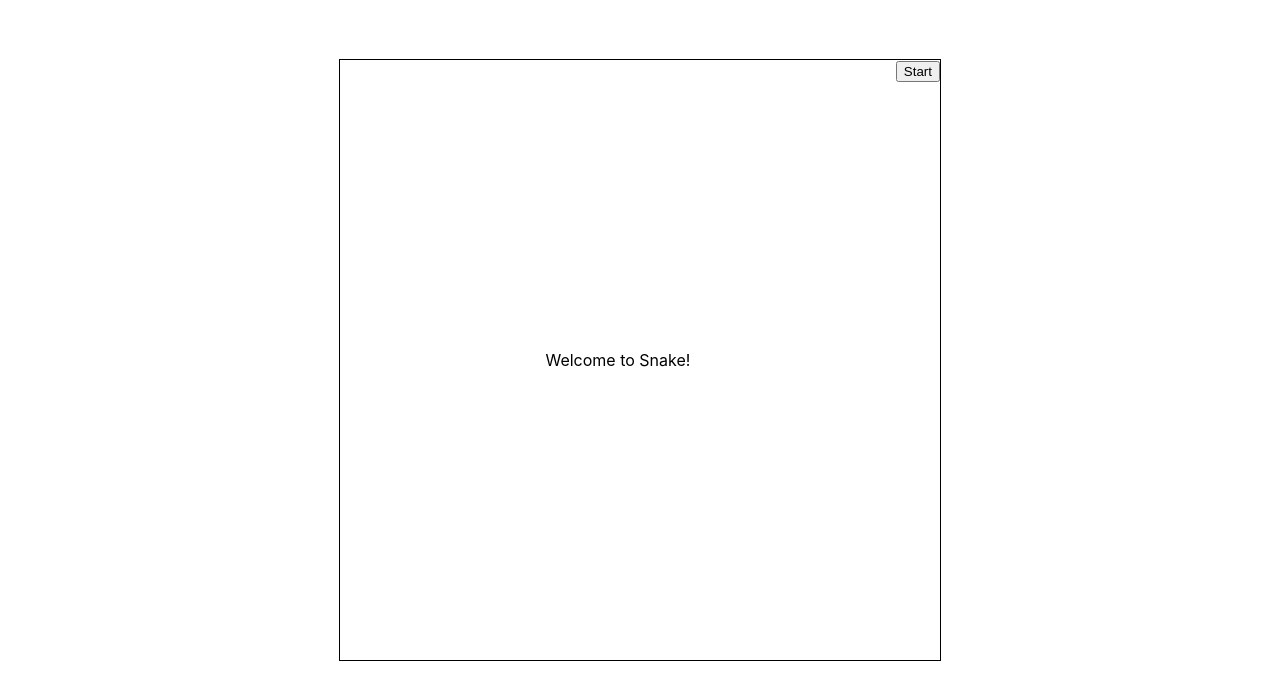
Repository: meills/react-snake
Page: /
These files come from the project's save history. The page is drawn as it stood at one moment and after the next save; the edit follows.
The browser window is 1280 px wide. The pictures show the whole page.
The project was rebuilt for these pictures with package versions that can differ from the ones it lists, and the page was loaded fresh each time. Also part of the build but not shown: src/components/Snakeboard.js, src/styles/App.css.

Above is the page before, as saved 2020-06-15 13:23:59.

After the next save:
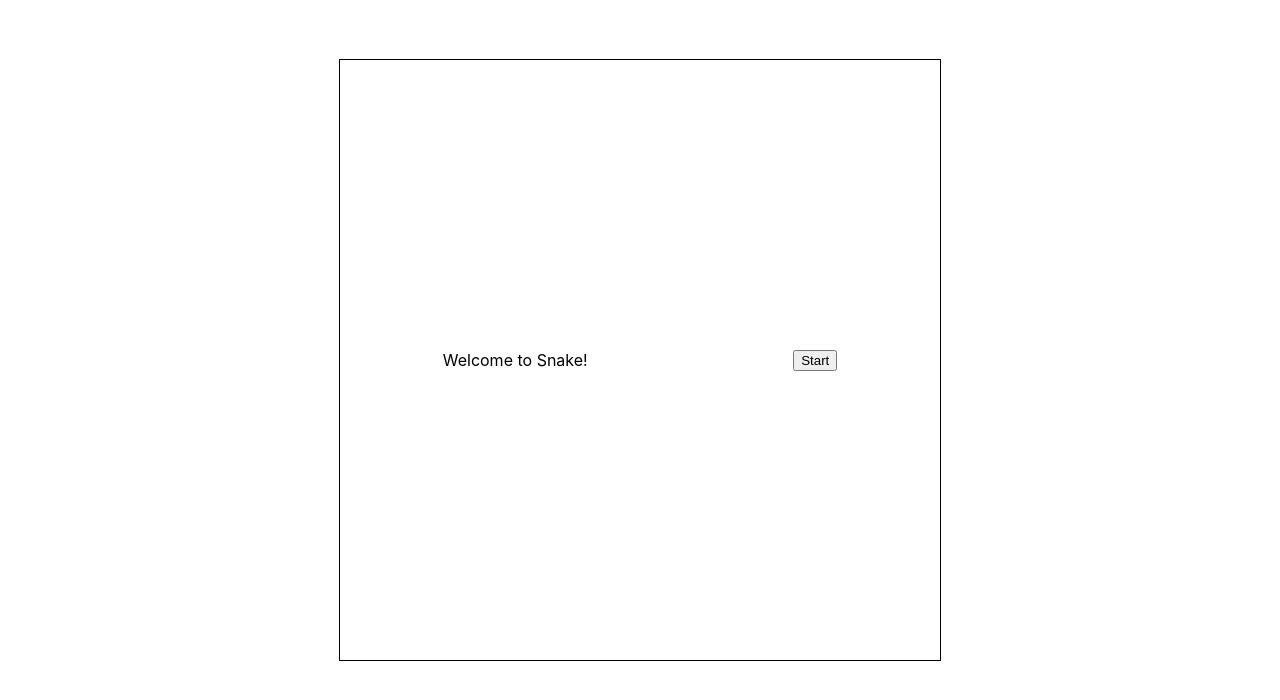
Saved 47 s later.
--- a/src/components/StartButton.js
+++ b/src/components/StartButton.js
@@ -1,7 +1,7 @@
 import React from 'react';
 
 function StartButton() {
-    return(<div><button type='button'>Start</button></div>);
+    return(<div className='start-btn'><button type='button'>Start</button></div>);
 }
 
 export default StartButton;
